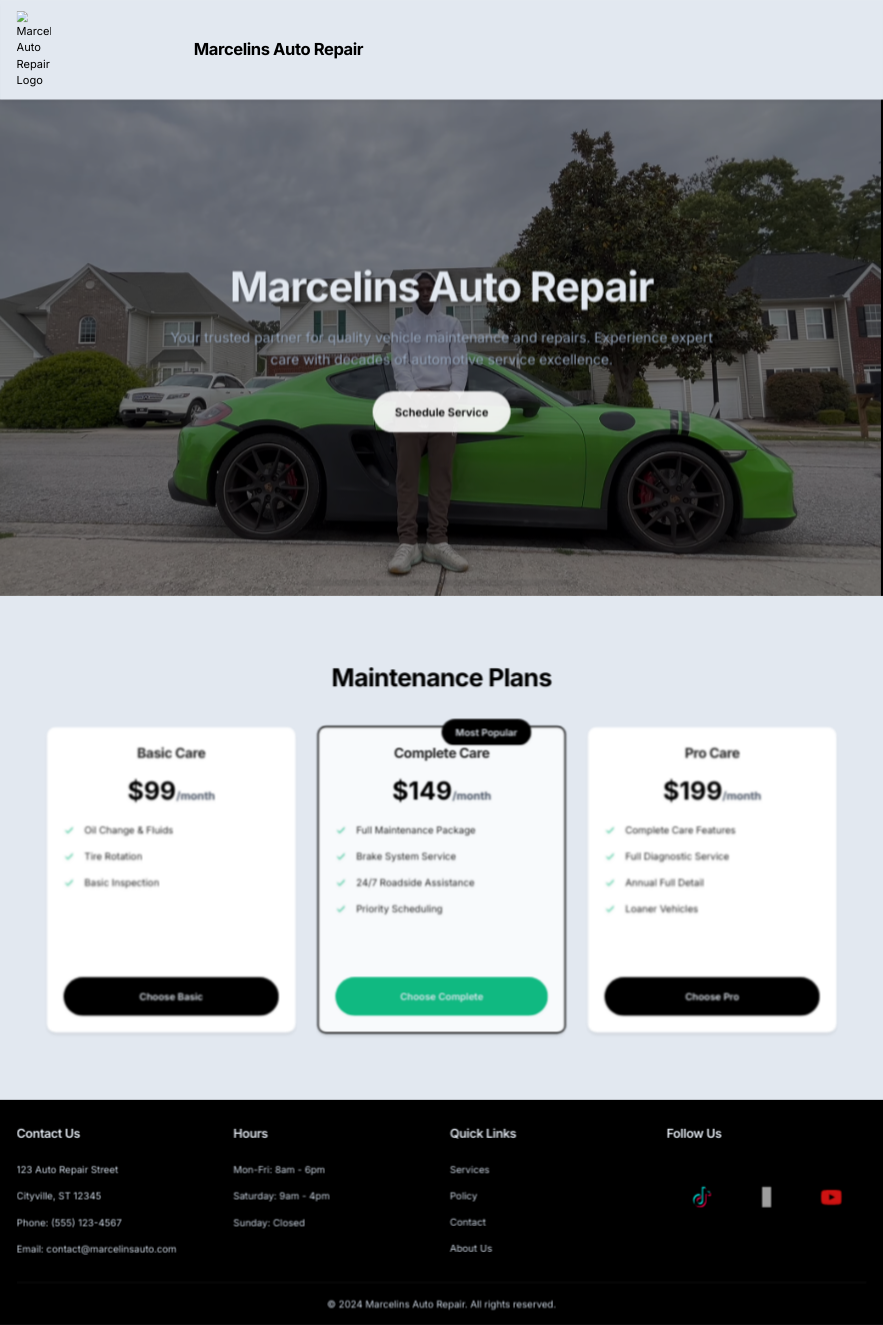
Repository: ilovegames507/twebsite-2
Page: frontend/public/index.html
These files come from the project's save history. The page is drawn as it stood at one moment and after the next save; the edit follows.
The browser window is 1280 px wide. The pictures show the whole page, at 69% of full size.
Pictures or frames that could not be fetched are drawn as grey boxes.

Above is the page before, as saved 2025-03-17 21:59:17.

After the next save:
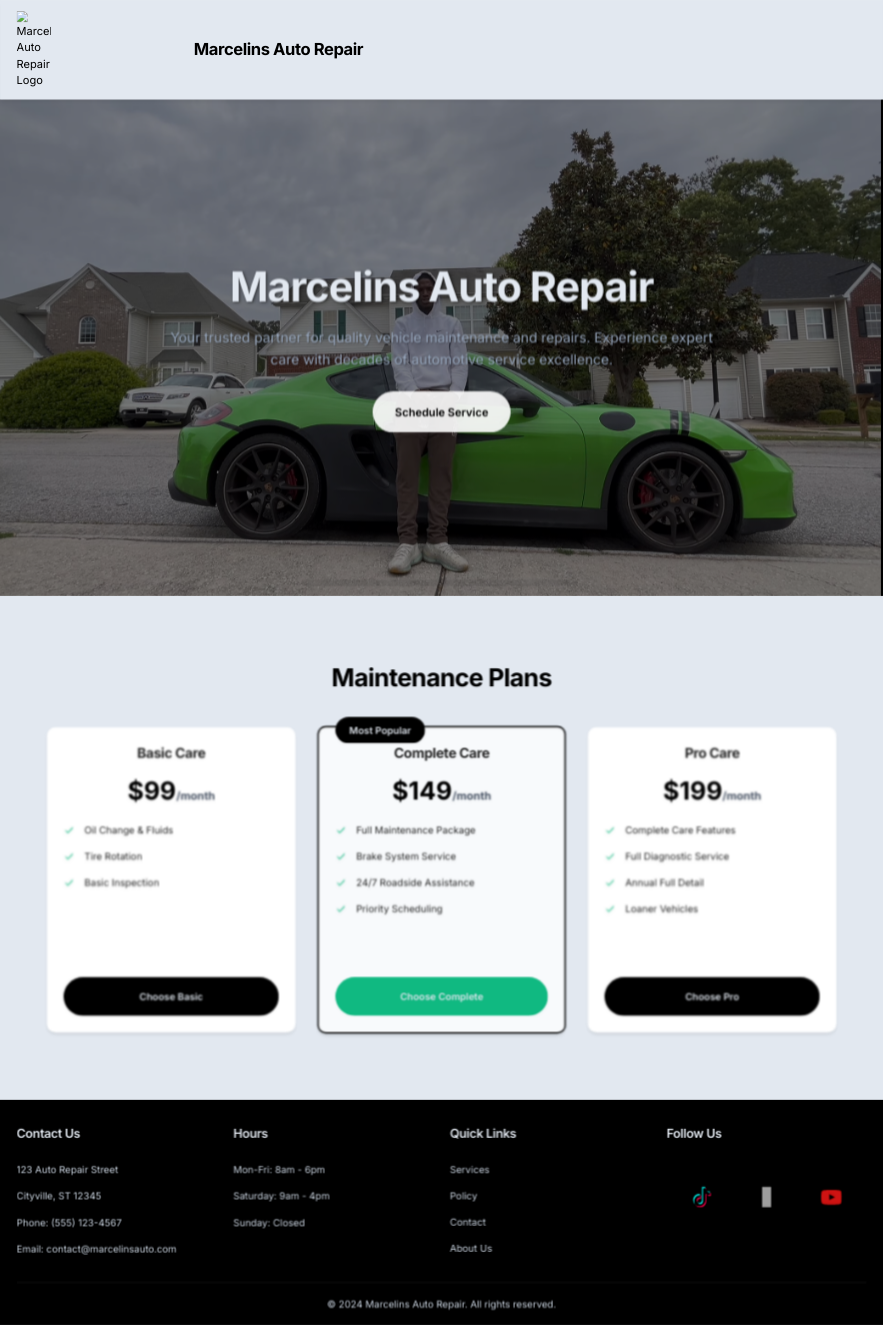
Saved 2 min 9 s later.
--- a/frontend/public/styles/components/pricing.css
+++ b/frontend/public/styles/components/pricing.css
@@ -45,8 +45,7 @@
 
   .pricing__badge {
     position: absolute;
-    top: -12px;
-    left: 50%;
+    top: -15px;
     transform: translateX(-50%);
     background: var(--clr-dark);
     color: var(--clr-light);
